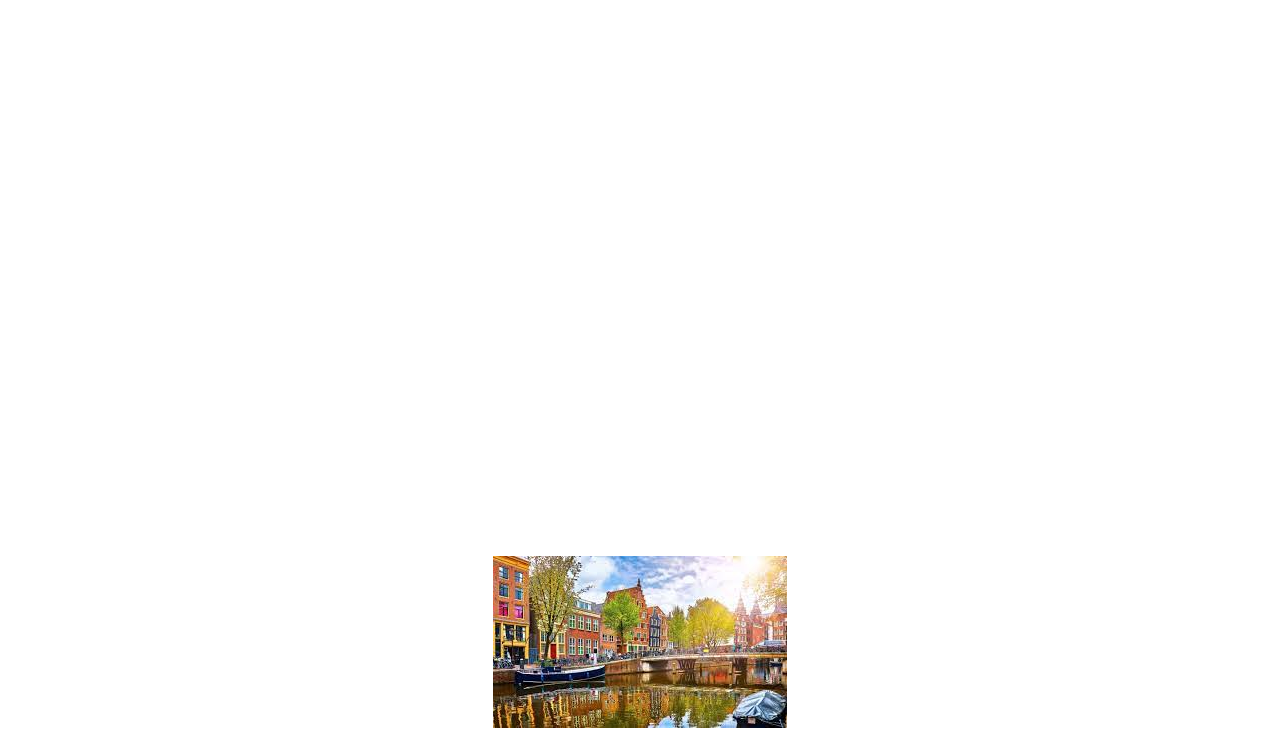
Repository: AytacSafarova/TAsk-11
Page: index.html
These files come from the project's save history. The page is drawn as it stood at one moment and after a run of saves; the edit follows.
The browser window is 1280 px wide. The pictures show the whole page.

Above is the page before, as saved 2023-08-31 16:52:38.

### index.html
<!DOCTYPE html>
<html lang="en">
<head>
    <meta charset="UTF-8">
    <meta name="viewport" content="width=device-width, initial-scale=1.0">
    <title>Document</title>
</head>
<style>
    .container{
        background-image: url('./download\ \(1\).jfif');
      min-height: 100vh;
        width: 100%;
        background-repeat: no-repeat;
        background-position: bottom;
    }
</style>
<body>
    <div class="container">

    </div>

</body>
<script src="./index.js"></script>
</html>

### index.js
// fetch("https://api.chucknorris.io/jokes/random")
//   .then((response) => {
//     return response.json();
//   })
//   .then((data) => {
//     console.log(data);
//   });

console.log(window);

After the next 6 saves:
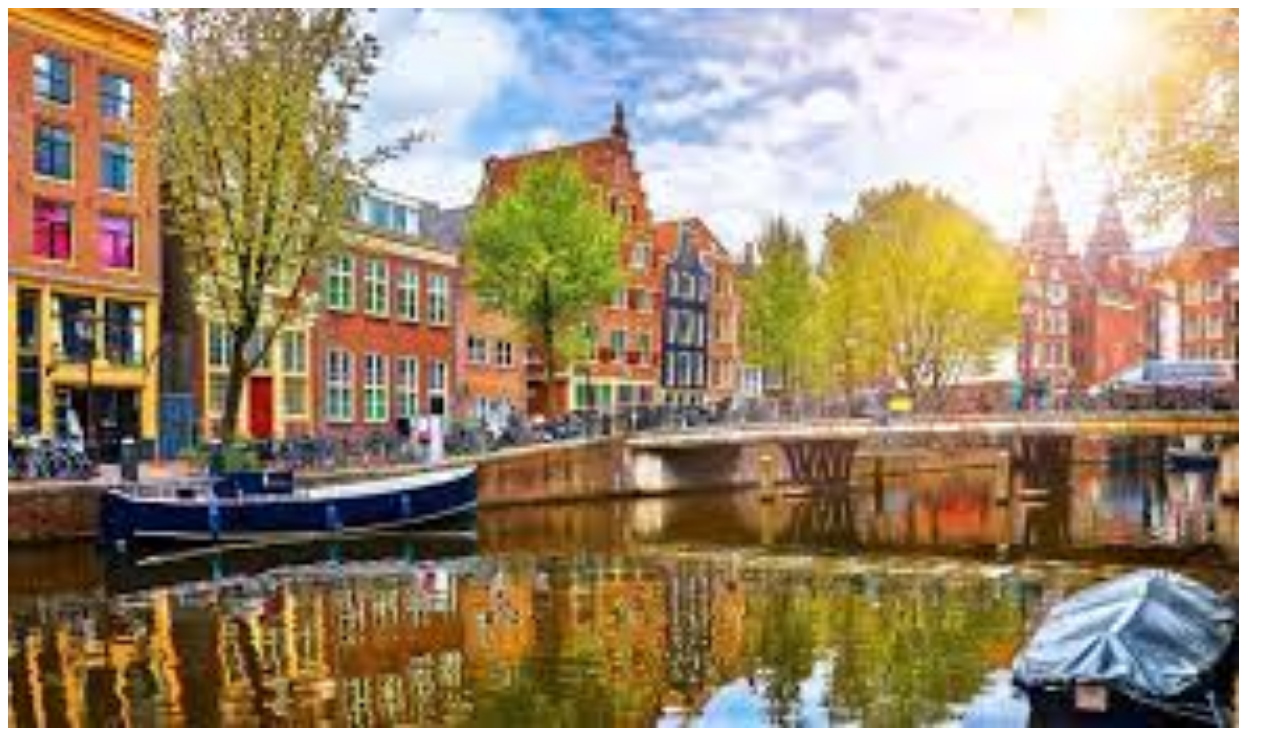
The 6 saves are shown as one change because they came seconds apart.
The last was saved 4 h 41 min later.
--- a/index.html
+++ b/index.html
@@ -11,7 +11,7 @@
       min-height: 100vh;
         width: 100%;
         background-repeat: no-repeat;
-        background-position: bottom;
+        background-size: contain;
     }
 </style>
 <body>
